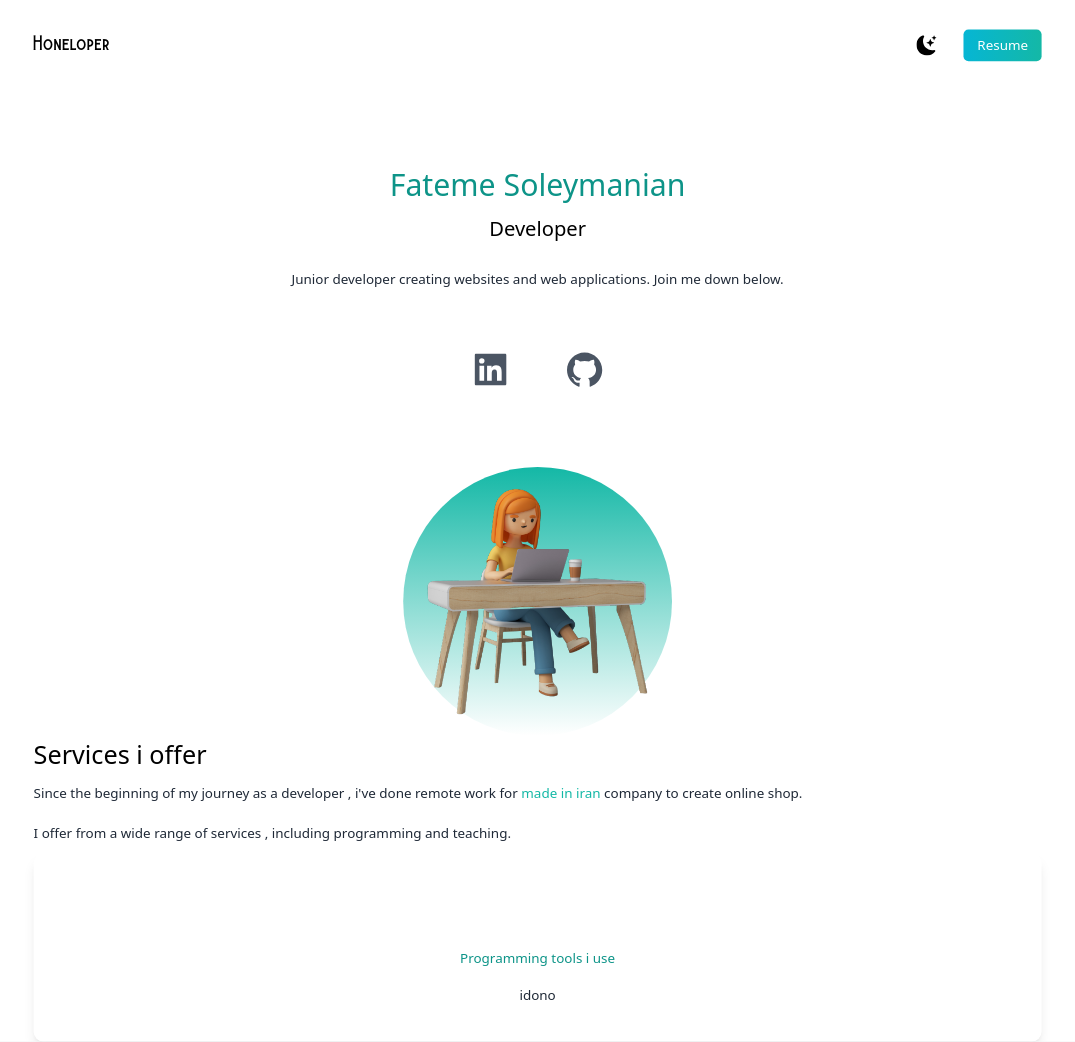
Repository: fatemesoleymanian/portfolio
Page: /
The author's editor kept a copy of each file at every save. The page is drawn from the files as they stood at one save, then again after the next save.
The browser window is 1280 px wide. The pictures show the whole page, at 84% of full size.
The project was rebuilt for these pictures with package versions that can differ from the ones it lists, and the page was loaded fresh each time. The framework's server and built-in components were replaced by stand-ins that run in the browser. Also part of the build but not shown: next.config.js.

Above is the page before, as saved 2023-03-10 15:35:12.

### pages/index.js
import Head from 'next/head'
import { BsFillMoonStarsFill } from 'react-icons/bs'
import { AiFillLinkedin, AiFillGithub } from 'react-icons/ai'
import Image from 'next/image'
import honeloper from '../public/honeloper3d.png'
export default function Home() {
  return (
    <>
      <Head>
        <title>My Portfolio</title>
        <meta name="description" content="Generated by create next app" />
        <meta name="viewport" content="width=device-width, initial-scale=1" />
        <link rel="icon" href="/favicon.ico" />
      </Head>
      <main className='bg-white px-10'>
        <section className="min-h-screen">
          <nav className='py-10 mb-12 flex justify-between'>
            <h1 className='text-xl font-burtons'>Honeloper</h1>
            <ul className='flex items-center'>
              <li>
                <BsFillMoonStarsFill className='cursor-pointer text-2xl' />
              </li>
              <li>
                <a className="bg-gradient-to-r from-cyan-500 to-teal-500 text-white px-4 py-2 rounded-md ml-8"
                  href="https://jobvision.ir/cv/97158940-111758">Resume</a>
              </li>
            </ul>
          </nav>
          <div className='text-center p-9'>
            <h2 className='text-4xl py-2 text-teal-600 font-medium'>
              Fateme Soleymanian</h2>
            <h3 className='text-2xl py-2'>Developer</h3>
            <p className='text-md py-5 leading-8 text-gray-800'>
              Junior developer creating websites and web applications. Join me down below.</p>
          </div>
          <div className='text-5xl flex  justify-center gap-16 py-3 text-gray-600'>
            <a href="https://www.linkedin.com/in/fateme-soleymanian-b2713a225">
              <AiFillLinkedin />  </a>
            <a href="https://github.com/fatemesoleymanian">
              <AiFillGithub />
            </a>
          </div>
          <div className='relative bg-gradient-to-b from-teal-500 rounded-full
          mx-auto md:w-80 md:h-80 mt-20'>
            <Image src={honeloper} alt="honeloper"  />
          </div>
        </section>

        <section>
          <div>
            <h3 className='text-3xl py-1'>
              Services i offer
            </h3>
            <p className='text-md py-2 leading-8 text-gray-800'>
                Since the beginning of my journey as a developer , i've done remote work for
                <span className='text-teal-500'><a href="https://madein-iran.com"> made in iran </a></span> company to create online shop.
            </p>
            <p className='text-md py-2 leading-8 text-gray-800'>
              I offer from a wide range of services , including programming and teaching.
            </p>
          </div>
          <div>
            <div className='text-center shadow-lg p-10 rounded-xl'>
              <Image />
              <h3 className='text-lg font-medium pt-8 pb-2'>

              </h3>
              <p className='py-2'></p>
              <h4 className='py-4 text-teal-600'>Programming tools i use</h4>
              <p className='text-gray-800 py-1'>idono</p>
            </div>
          </div>
        </section>
      </main>
    </>
  )
}

### styles/globals.css
@tailwind base;
@tailwind components;
@tailwind utilities;
:root {
  --max-width: 1100px;
  --border-radius: 12px;
  --font-mono: ui-monospace, Menlo, Monaco, 'Cascadia Mono', 'Segoe UI Mono',
    'Roboto Mono', 'Oxygen Mono', 'Ubuntu Monospace', 'Source Code Pro',
    'Fira Mono', 'Droid Sans Mono', 'Courier New', monospace;

  --foreground-rgb: 0, 0, 0;
  --background-start-rgb: 214, 219, 220;
  --background-end-rgb: 255, 255, 255;

  --primary-glow: conic-gradient(
    from 180deg at 50% 50%,
    #16abff33 0deg,
    #0885ff33 55deg,
    #54d6ff33 120deg,
    #0071ff33 160deg,
    transparent 360deg
  );
  --secondary-glow: radial-gradient(
    rgba(255, 255, 255, 1),
    rgba(255, 255, 255, 0)
  );

  --tile-start-rgb: 239, 245, 249;
  --tile-end-rgb: 228, 232, 233;
  --tile-border: conic-gradient(
    #00000080,
    #00000040,
    #00000030,
    #00000020,
    #00000010,
    #00000010,
    #00000080
  );

  --callout-rgb: 238, 240, 241;
  --callout-border-rgb: 172, 175, 176;
  --card-rgb: 180, 185, 188;
  --card-border-rgb: 131, 134, 135;
}

@media (prefers-color-scheme: dark) {
  :root {
    --foreground-rgb: 255, 255, 255;
    --background-start-rgb: 0, 0, 0;
    --background-end-rgb: 0, 0, 0;

    --primary-glow: radial-gradient(rgba(1, 65, 255, 0.4), rgba(1, 65, 255, 0));
    --secondary-glow: linear-gradient(
      to bottom right,
      rgba(1, 65, 255, 0),
      rgba(1, 65, 255, 0),
      rgba(1, 65, 255, 0.3)
    );

    --tile-start-rgb: 2, 13, 46;
    --tile-end-rgb: 2, 5, 19;
    --tile-border: conic-gradient(
      #ffffff80,
      #ffffff40,
      #ffffff30,
      #ffffff20,
      #ffffff10,
      #ffffff10,
      #ffffff80
    );

    --callout-rgb: 20, 20, 20;
    --callout-border-rgb: 108, 108, 108;
    --card-rgb: 100, 100, 100;
    --card-border-rgb: 200, 200, 200;
  }
}

* {
  box-sizing: border-box;
  padding: 0;
  margin: 0;
}

html,
body {
  max-width: 100vw;
  overflow-x: hidden;
}

body {
  color: rgb(var(--foreground-rgb));
  background: linear-gradient(
      to bottom,
      transparent,
      rgb(var(--background-end-rgb))
    )
    rgb(var(--background-start-rgb));
}

a {
  color: inherit;
  text-decoration: none;
}

@font-face {
  font-family: "burtons";
  src: url('../public/Burtons.otf');
}

### tailwind.config.js
/** @type {import('tailwindcss').Config} */
module.exports = {
  content: [
    "./app/**/*.{js,ts,jsx,tsx}",
    "./pages/**/*.{js,ts,jsx,tsx}",
    "./components/**/*.{js,ts,jsx,tsx}",

  ],
  theme: {
    extend: {
      fontFamily:{
        burtons: "burtons",
      }
    },
  },
  plugins: [],
}

Loaded but not shown: pages/_app.js (common file); pages/_document.js (common file)

After the next save:
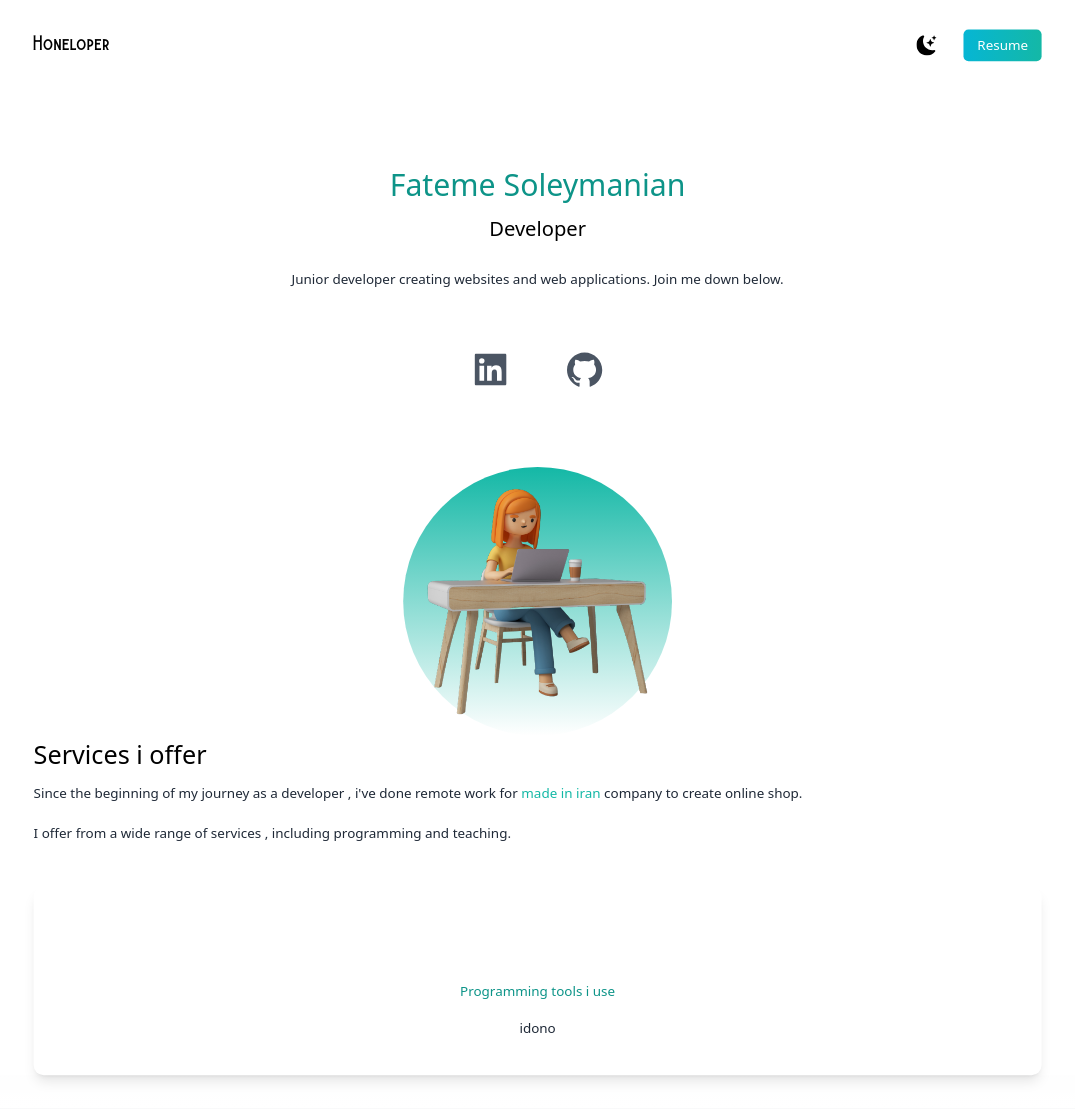
Saved 13 s later.
--- a/pages/index.js
+++ b/pages/index.js
@@ -60,7 +60,7 @@ export default function Home() {
             </p>
           </div>
           <div>
-            <div className='text-center shadow-lg p-10 rounded-xl'>
+            <div className='text-center shadow-lg p-10 rounded-xl my-10'>
               <Image />
               <h3 className='text-lg font-medium pt-8 pb-2'>
 
